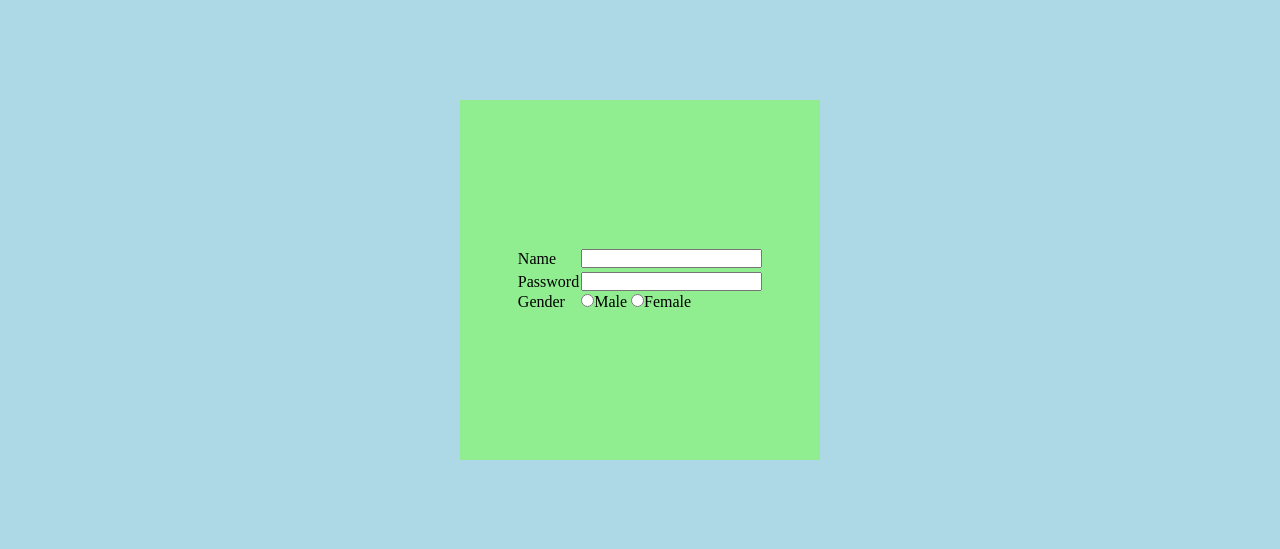
Repository: yash1sh/Java
Page: http://localhost/Servlet_Demo/
The author's editor kept a copy of each file at every save. The page is drawn from the files as they stood at one save, then again after the next save.
The browser window is 1280 px wide. The pictures show the whole page.
The page is served by Tomcat 9.

Above is the page before, as saved 2022-05-14 10:37:52.

After the next save:
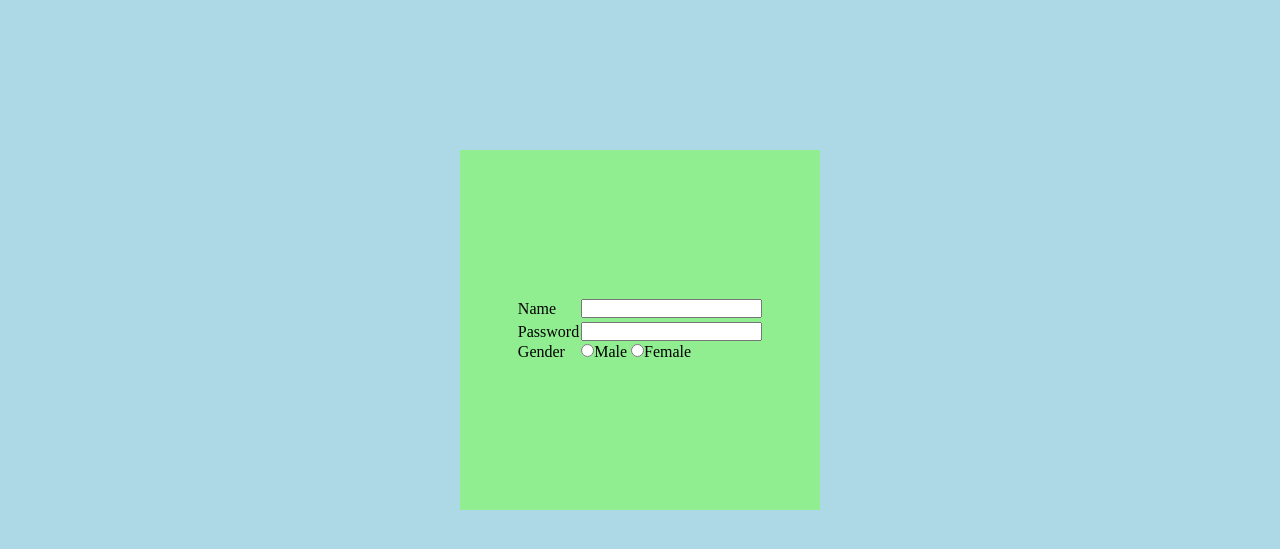
Saved 11 s later.
--- a/Bootcmp/Servlet_Demo/src/main/webapp/indexcss.css
+++ b/Bootcmp/Servlet_Demo/src/main/webapp/indexcss.css
@@ -12,7 +12,7 @@ box-sizing: border-box;
 	width:50vh;
 	height:50vh;
 	color:black;
-	margin-top: 100px;
+	margin-top: 150px;
 }
 body{
 	display:flex;
